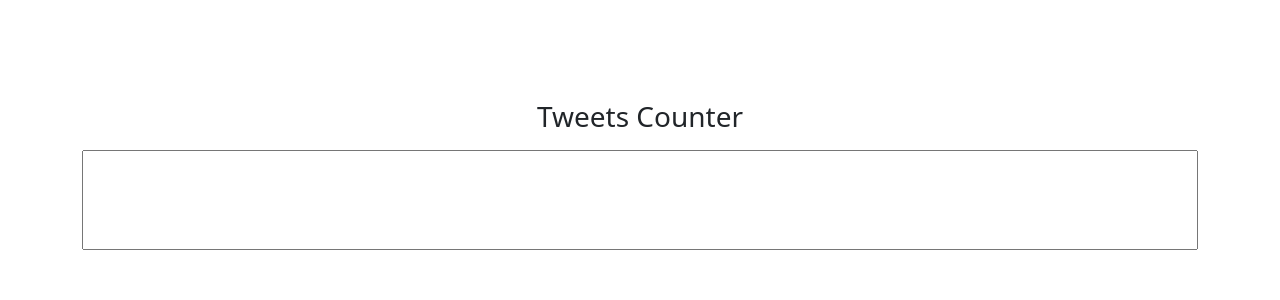
Repository: magmukendi/Tweets-Count
Page: index.html
These files come from the project's save history. The page is drawn as it stood at one moment and after a run of saves; the edit follows.
The browser window is 1280 px wide. The pictures show the whole page.
Some web libraries are served in a nearby version.

Above is the page before, as saved 2022-06-11 16:22:51.

After the next 3 saves:
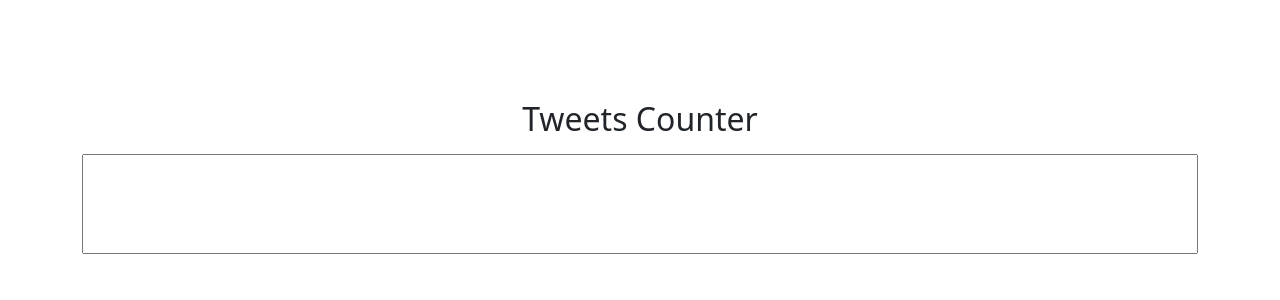
The 3 saves are shown as one change because they came seconds apart.
The last was saved 17 s later.
--- a/index.html
+++ b/index.html
@@ -13,7 +13,7 @@
 </head>
 <body>
     <div id="answer" class="container row">
-        <h3>Tweets Counter</h3>
+        <h2>Tweets Counter</h2>
         <textarea id="tt" class="mt-2 mb-2" id="won" autosize></textarea>
        <!--
 
